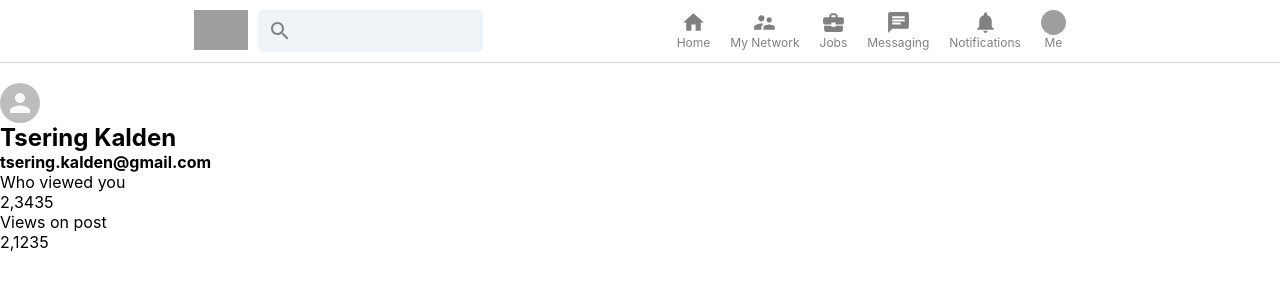
Repository: exiled-kal/linkedInreact-redux
Page: /
An editor plug-in stored every save of this project. The page is shown before and after a run of saves, followed by the edit.
The browser window is 1280 px wide. The pictures show the whole page.
Pictures or frames that could not be fetched are drawn as grey boxes. The project was rebuilt for these pictures with package versions that can differ from the ones it lists, and the page was loaded fresh each time. Also part of the build but not shown: src/App.css, src/Sidebar.css.

Above is the page before, as saved 2020-12-21 20:17:53.

After the next 3 saves:
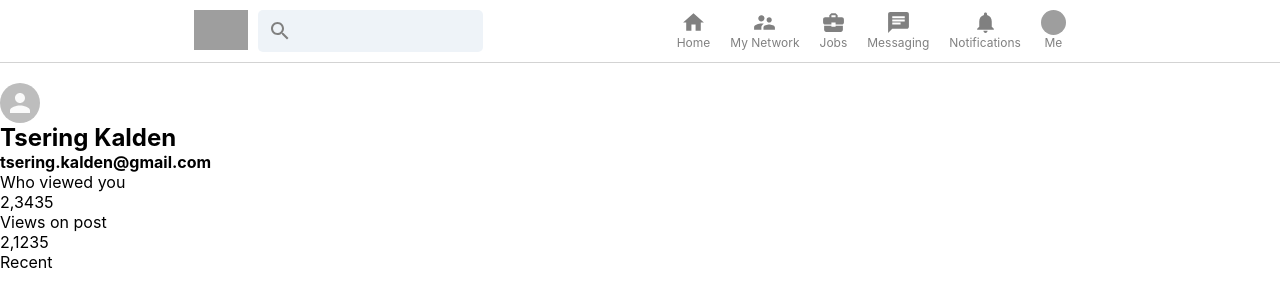
The 3 saves are shown as one change because they came seconds apart.
The last was saved 10 s later.
--- a/src/Sidebar.js
+++ b/src/Sidebar.js
@@ -22,7 +22,7 @@
         </div>
       </div>
       <div className="sidebar__bottom">
-
+        <p>Recent</p>
       </div>
     </div>
   );
